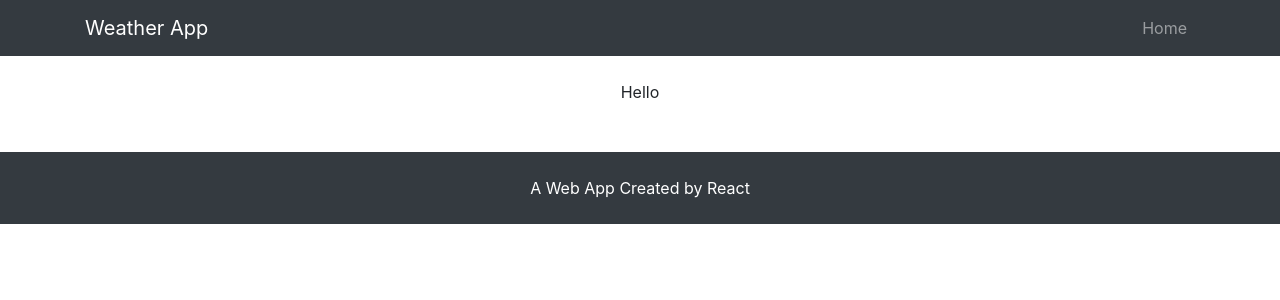
Repository: smk87/weather-app-react
Page: /weather/560743
These files come from the project's save history. The page is drawn as it stood at one moment and after the next save; the edit follows.
The browser window is 1280 px wide. The pictures show the whole page.
The page's requests for data from a server got no answer. Some web libraries are served in a nearby version. The project was rebuilt for these pictures with package versions that can differ from the ones it lists, and the page was loaded fresh each time. A package was used in the major version that the imports need, not the one package.json lists. No one was signed in, and anything a server would have sent is missing. Also part of the build but not shown: src/components/Weather.js, src/components/Home.js.

Above is the page before, as saved 2019-02-06 20:48:26.

After the next save:
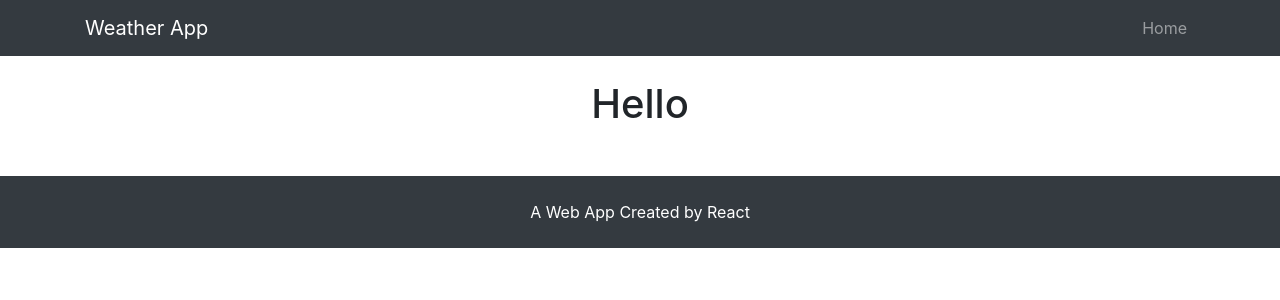
Saved 17 s later.
--- a/src/components/DetailedWeather.js
+++ b/src/components/DetailedWeather.js
@@ -26,6 +26,10 @@ export default class DetailedWeather extends Component {
       .catch(err => console.log(err));
   }
   render() {
-    return <div>Hello</div>;
+    return (
+      <div>
+        <h1>Hello</h1>
+      </div>
+    );
   }
 }
